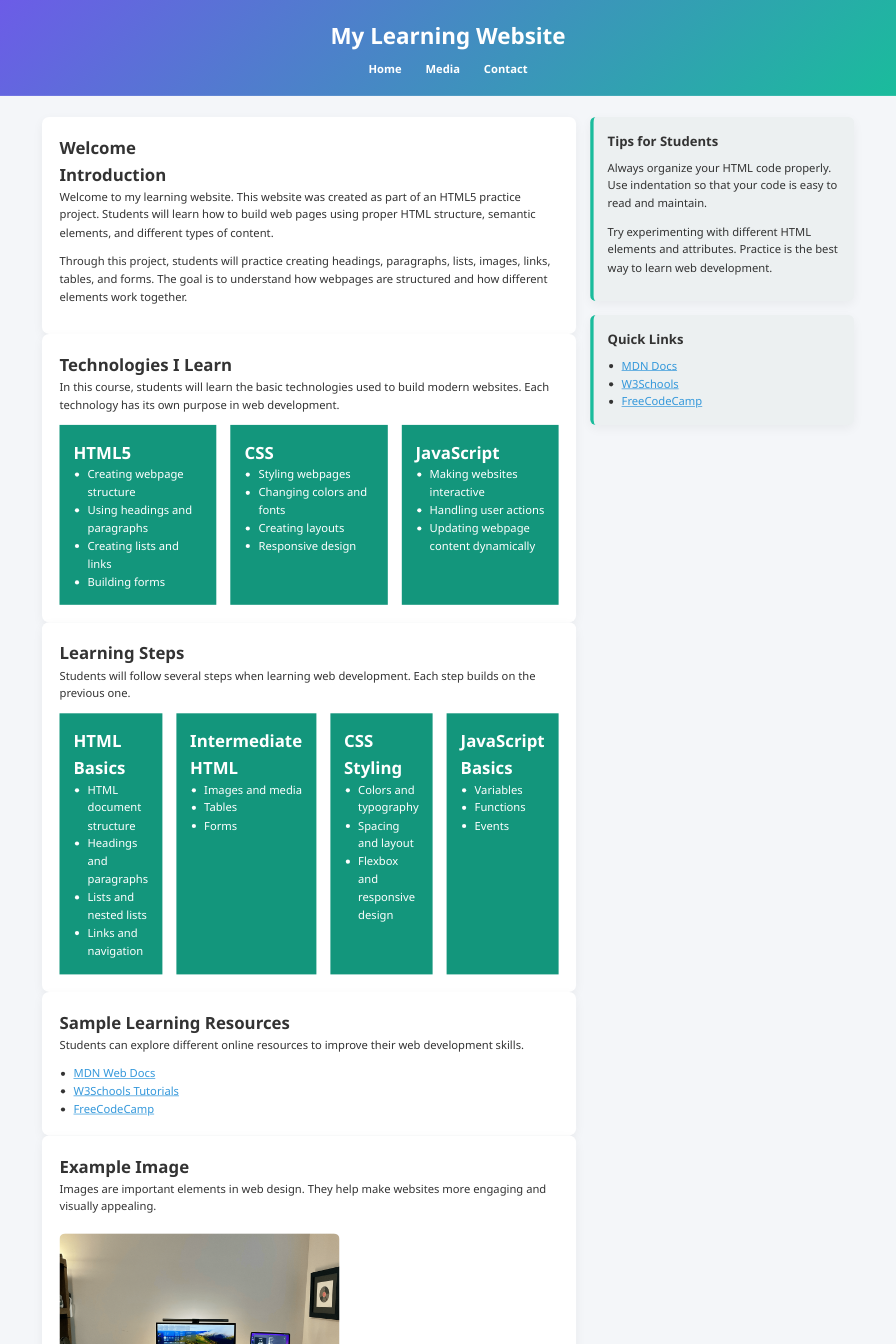
Repository: Than-sothearak/web_client_programing
Page: Week_03/index.html
The author's editor kept a copy of each file at every save. The page is drawn from the files as they stood at one save, then again after the next save.
The browser window is 1280 px wide. The pictures show the part of the page from y = 0 to 1920 px (the page is 2572 px tall before and 2622 px after), at 70% of full size.

Above is the page before, as saved 2026-03-24 22:07:36.

After the next save:
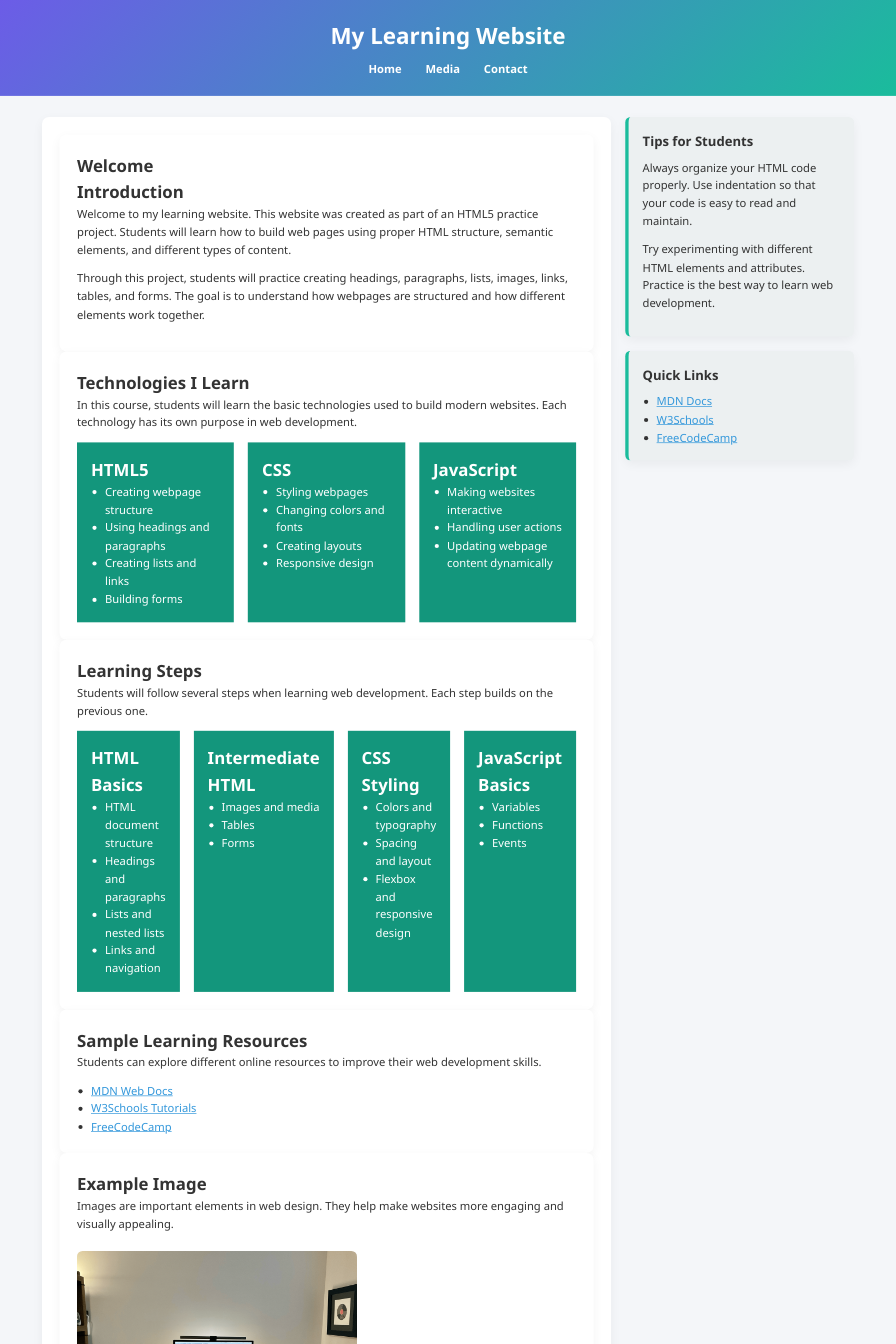
Saved 27 s later.
--- a/Week_03/index.html
+++ b/Week_03/index.html
@@ -20,7 +20,7 @@
     </header>
 
     <main>
-      <div>
+      <section>
         <section>
           <h2>Welcome</h2>
 
@@ -205,7 +205,7 @@
             </tr>
           </table>
         </section>
-      </div>
+      </section>
 
       <aside>
         <section class="aside-card">

After the save that followed:
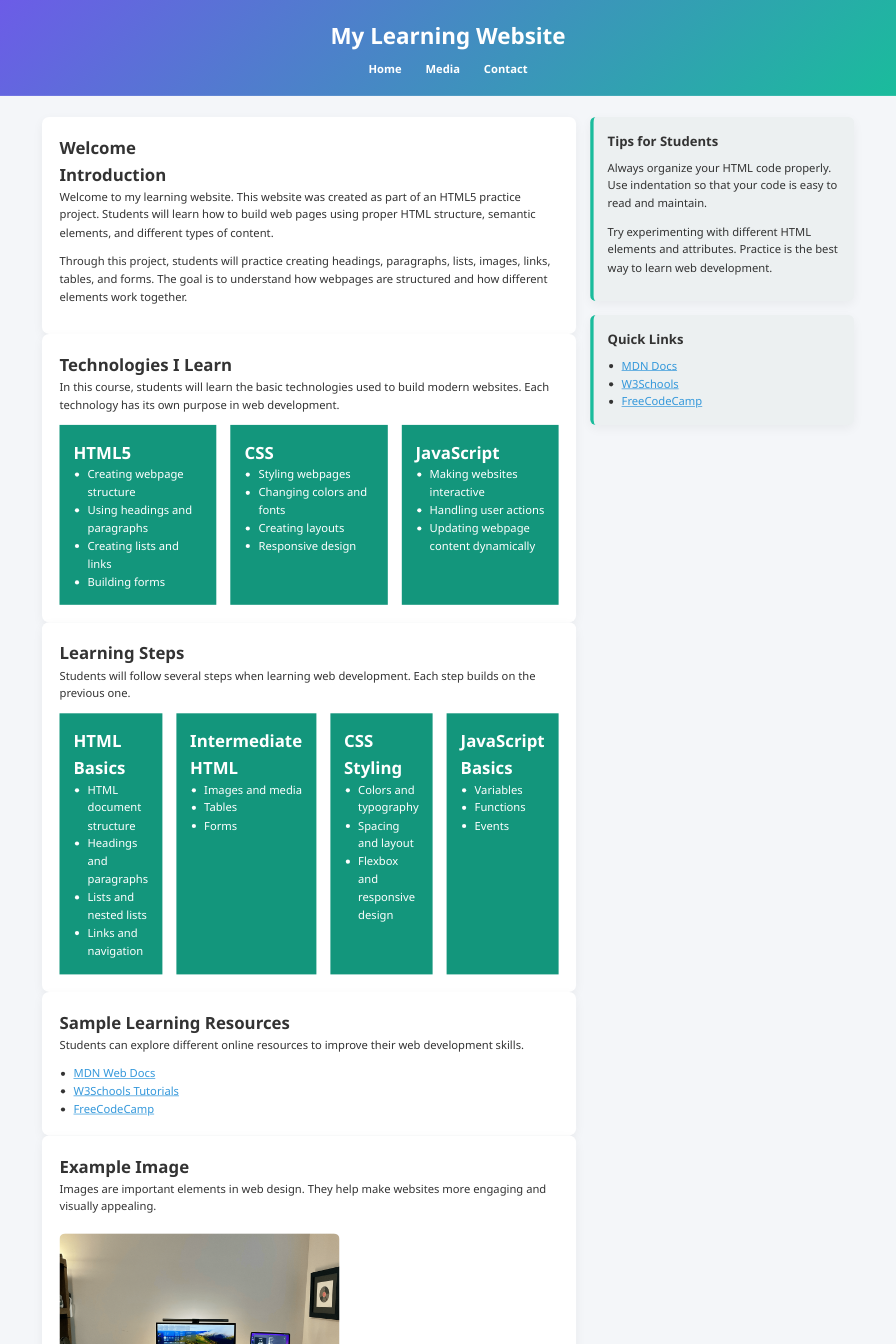
Saved 8 s later.
--- a/Week_03/index.html
+++ b/Week_03/index.html
@@ -20,7 +20,7 @@
     </header>
 
     <main>
-      <section>
+      <div>
         <section>
           <h2>Welcome</h2>
 
@@ -205,7 +205,7 @@
             </tr>
           </table>
         </section>
-      </section>
+      </div>
 
       <aside>
         <section class="aside-card">
